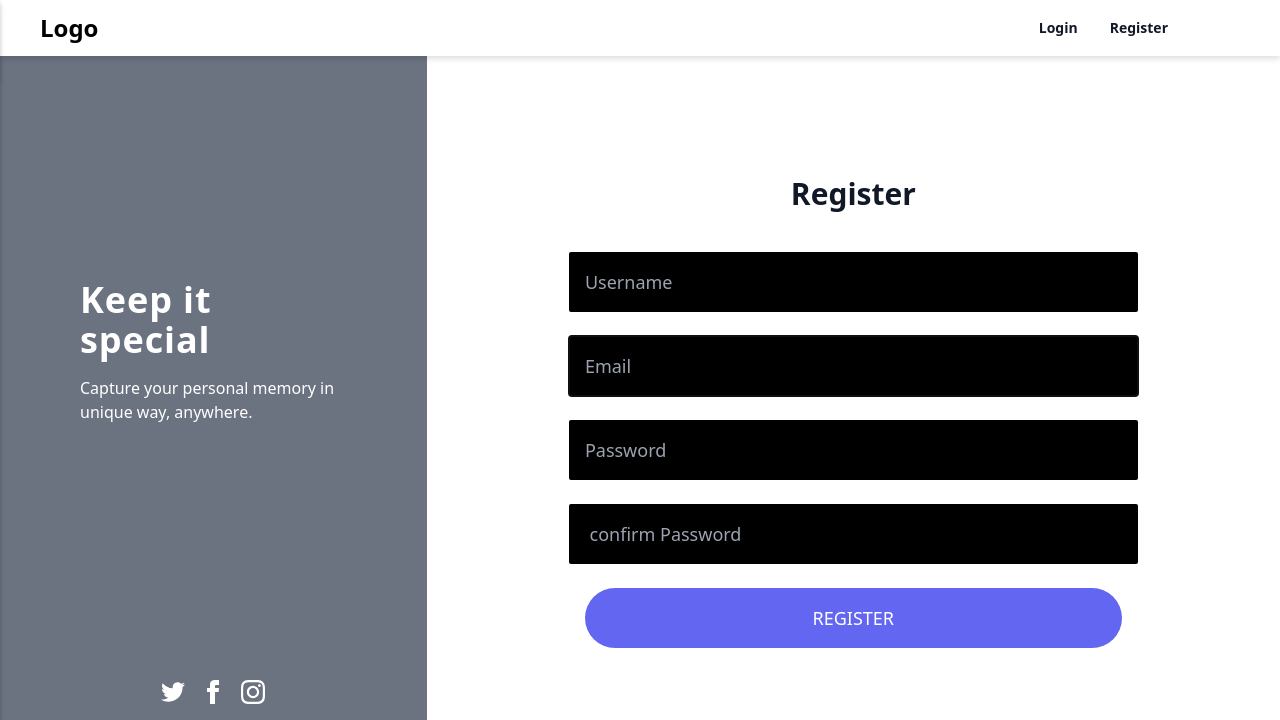
Repository: nation430/loginAuth-Nextjs
Page: /register
The author's editor kept a copy of each file at every save. The page is drawn from the files as they stood at one save, then again after the next save.
The browser window is 1280 px wide. The pictures show the whole page.
The project was rebuilt for these pictures with package versions that can differ from the ones it lists, and the page was loaded fresh each time. The framework's server and built-in components were replaced by stand-ins that run in the browser. Also part of the build but not shown: next.config.js.

Above is the page before, as saved 2022-06-15 14:53:56.

After the next save:
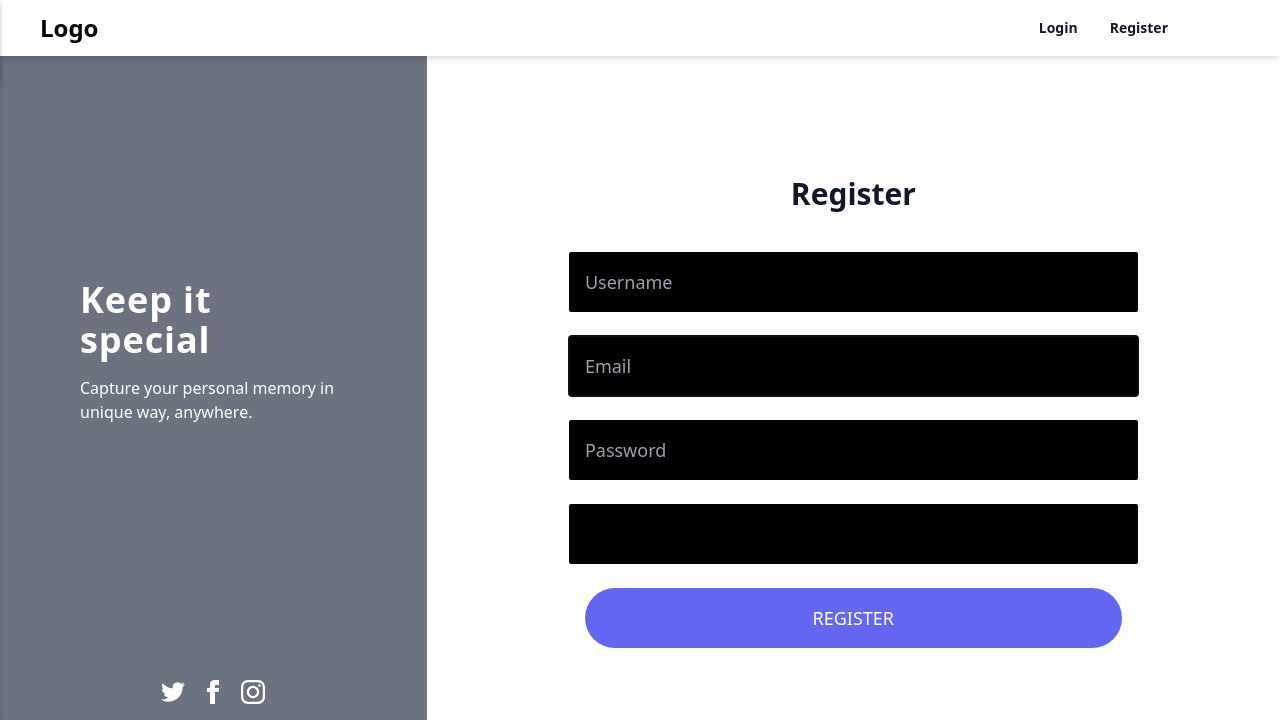
Saved 14 s later.
--- a/pages/register.js
+++ b/pages/register.js
@@ -151,16 +151,9 @@ const Register = () => {
               className="block w-full p-4 text-lg rounded-sm bg-black"
               type="password"
               name="password"
-              {...register("confirmPassword", {
-                required: true,
-                pattern: /^(?=.*\d)(?=.*[a-z])(?=.*[A-Z]).{6,15}$/,
-              })}
-              placeholder=" confirm Password"
+              ceholder=" confirm Password"
               onChange={(e) => setConfirmPassword(e.target.value)}
             />
-            {errors.password && (
-              <p className="text-gray-900">Please confirm your Password</p>
-            )}
           </div>
           <div className="px-4 pb-2 pt-4">
             <button
